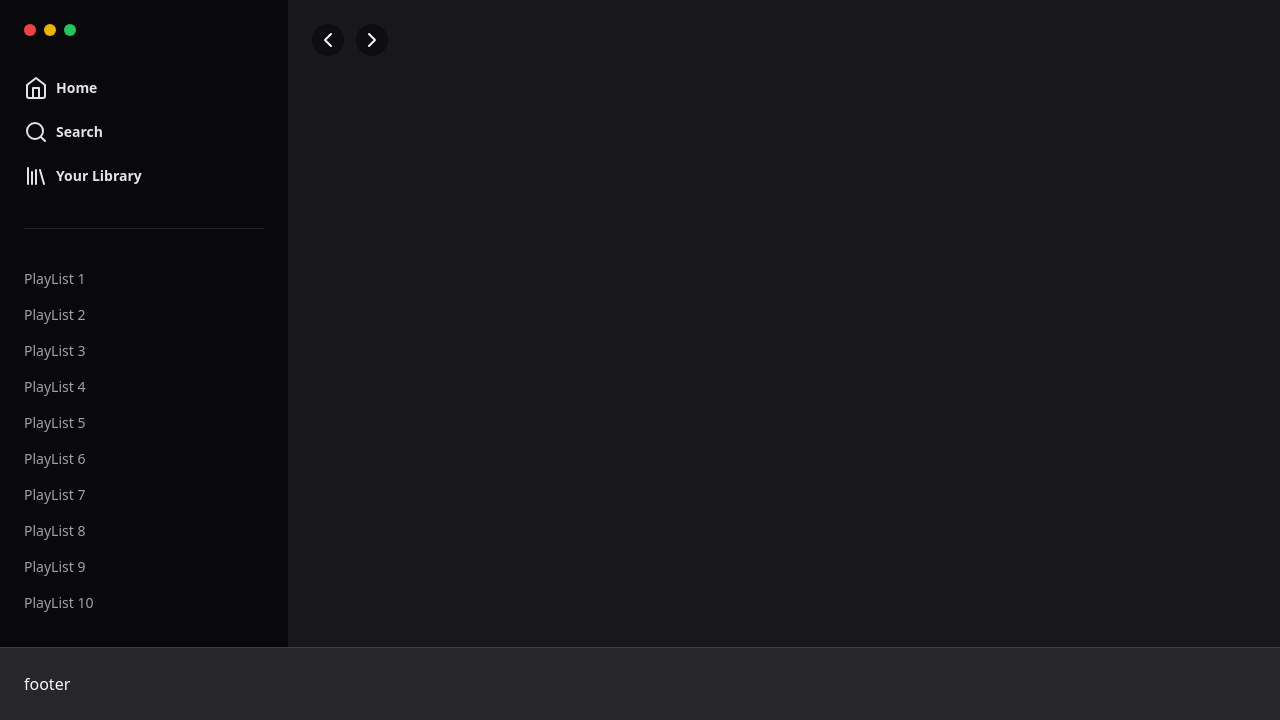
Repository: guilhermecardoso93/tailwind-spotify
Page: /
The author's editor kept a copy of each file at every save. The page is drawn from the files as they stood at one save, then again after the next save.
The browser window is 1280 px wide. The pictures show the whole page.
The project was rebuilt for these pictures with package versions that can differ from the ones it lists, and the page was loaded fresh each time. The framework's server and built-in components were replaced by stand-ins that run in the browser. Also part of the build but not shown: next.config.js.

Above is the page before, as saved 2023-04-15 20:12:19.

### src/app/layout.tsx
import './globals.css'

export const metadata = {
  title: 'Spotify',
  description: 'Music!',
}

export default function RootLayout({
  children,
}: {
  children: React.ReactNode
}) {
  return (
    <html lang="en">
      <body className="bg-zinc-900 text-zinc-50">{children}</body>
    </html>
  )
}

### src/app/page.tsx
import { Home as HomeIcon, Search, Library, ChevronLeft, ChevronRight } from "lucide-react";
export default function Home() {
  return (
    <div className="h-screen flex flex-col">
      <div className="flex flex-1">
        <aside className="w-72 bg-zinc-950 p-6">
          <div className="flex items-center gap-2">
            <div className="w-3 h-3 bg-red-500 rounded-full"></div>
            <div className="w-3 h-3 bg-yellow-500 rounded-full"></div>
            <div className="w-3 h-3 bg-green-500 rounded-full"></div>
          </div>
          <nav className="space-y-5 mt-10">
            <a
              href=""
              className="flex items-center gap-2 text-sm font-semibold text-zinc-200"
            >
              <HomeIcon /> Home
            </a>
            <a
              href=""
              className="flex items-center gap-2 text-sm font-semibold text-zinc-200"
            >
              {" "}
              <Search /> Search
            </a>
            <a
              href=""
              className="flex items-center gap-2 text-sm font-semibold text-zinc-200"
            >
              {" "}
              <Library /> Your Library
            </a>
          </nav>

          <nav className="mt-10 pt-10 border-t border-zinc-800 flex flex-col gap-4">
            <a href="" className='text-sm text-zinc-400 hover:text-zinc-100'>PlayList 1</a>
            <a href="" className='text-sm text-zinc-400 hover:text-zinc-100'>PlayList 2</a>
            <a href="" className='text-sm text-zinc-400 hover:text-zinc-100'>PlayList 3</a>
            <a href="" className='text-sm text-zinc-400 hover:text-zinc-100'>PlayList 4</a>
            <a href="" className='text-sm text-zinc-400 hover:text-zinc-100'>PlayList 5</a>
            <a href="" className='text-sm text-zinc-400 hover:text-zinc-100'>PlayList 6</a>
            <a href="" className='text-sm text-zinc-400 hover:text-zinc-100'>PlayList 7</a>
            <a href="" className='text-sm text-zinc-400 hover:text-zinc-100'>PlayList 8</a>
            <a href="" className='text-sm text-zinc-400 hover:text-zinc-100'>PlayList 9</a>
            <a href="" className='text-sm text-zinc-400 hover:text-zinc-100'>PlayList 10</a>
          </nav>
        </aside>
        <main className="flex-1 p-6">
          <div className="flex items-center gap-3">
            <button className="rounded-full bg-black/40 p-1">
              <ChevronLeft />
            </button>
            <button className="rounded-full bg-black/40 p-1">
              <ChevronRight />
            </button>
          </div>
        </main>
      </div>
      <footer className="bg-zinc-800 border-t border-zinc-700 p-6">
        footer
      </footer>
    </div>
  );
}

Loaded but not shown: src/app/globals.css (common file); tailwind.config.js (common file)

After the next save:
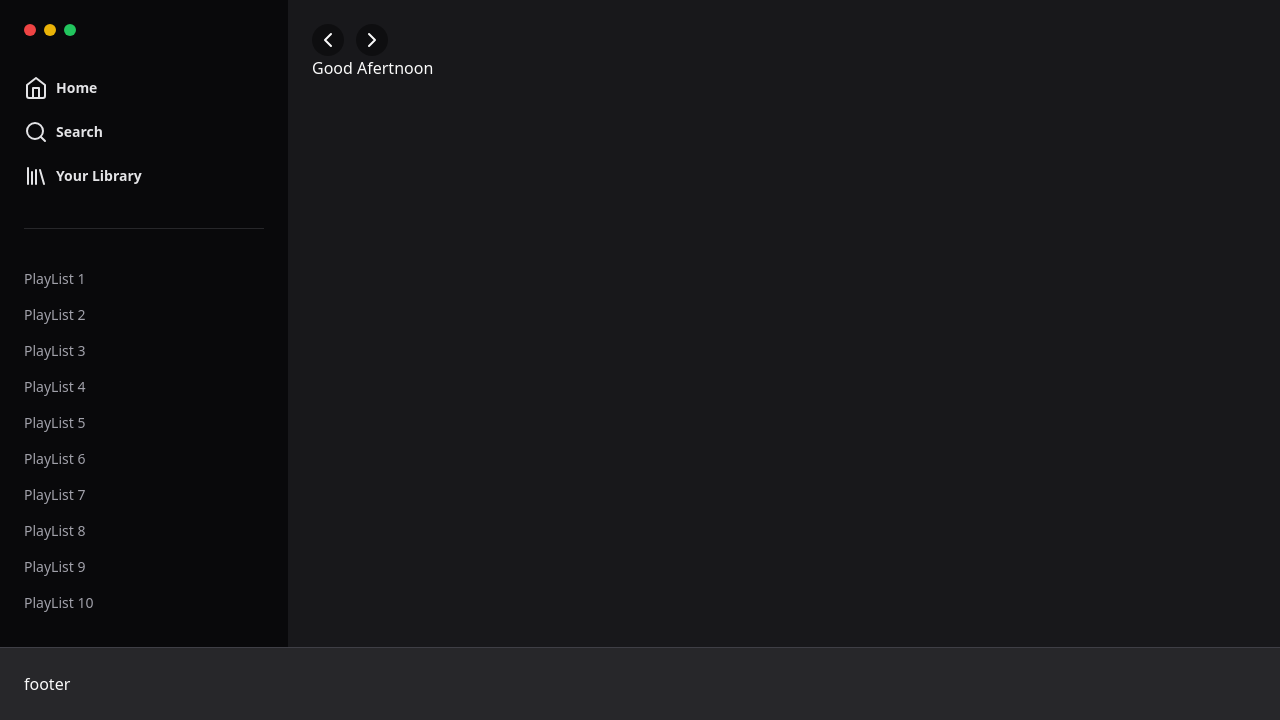
Saved 37 s later.
--- a/src/app/page.tsx
+++ b/src/app/page.tsx
@@ -54,6 +54,7 @@
               <ChevronRight />
             </button>
           </div>
+          <h1>Good Afertnoon</h1>
         </main>
       </div>
       <footer className="bg-zinc-800 border-t border-zinc-700 p-6">
